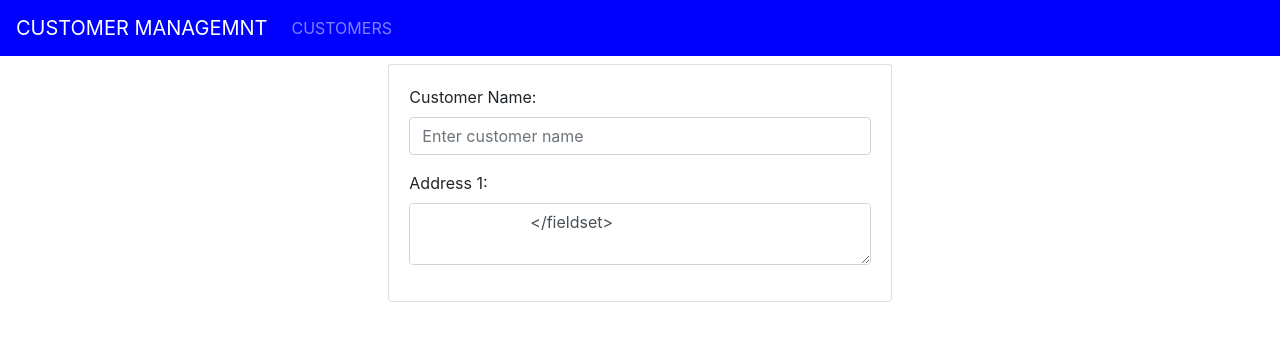
Repository: shruti-2522/webdirekt-assignment
Page: http://localhost/Customer-Project/customer-form.jsp
An editor plug-in stored every save of this project. The page is shown before and after a run of saves, followed by the edit.
The browser window is 1280 px wide. The pictures show the whole page.
The page is served by Tomcat 9. Other server files are loaded and not shown.

Above is the page before, as saved 2021-07-05 10:36:15.

### Customer-Project/src/main/webapp/customer-form.jsp
<%@ page language="java" contentType="text/html; charset=ISO-8859-1"
	pageEncoding="ISO-8859-1"%>
<!DOCTYPE html>
<html>
<head>
<meta charset="ISO-8859-1">
<title>Add Customer</title>
<link rel="stylesheet"
	href="https://cdn.jsdelivr.net/npm/bootstrap@4.5.3/dist/css/bootstrap.min.css"
	integrity="sha384-TX8t27EcRE3e/ihU7zmQxVncDAy5uIKz4rEkgIXeMed4M0jlfIDPvg6uqKI2xXr2"
	crossorigin="anonymous">
</head>
<body>

	<header>
		<nav class="navbar navbar-expand-md navbar-dark"
			style="background-color: blue">
			<div>
				<a class="navbar-brand">CUSTOMER MANAGEMNT</a>
			</div>

			<ul class="navbar-nav">
				<li><a href="<%=request.getContextPath()%>/list"
					class="nav-link">CUSTOMERS</a></li>
			</ul>
		</nav>


	</header>

	<div class="container col-md-5 mt-2">
		<div class="card">
			<div class="card-body">

				<fieldset class="form-group">
					<label>Customer Name:</label> <input type="text"
						class="form-control" placeholder="Enter customer name" name="name"
						required>
				</fieldset>


				<fieldset class="form-group">
					<label>Address 1:</label>
					<textarea class="form-control" name="addr1" placeholder="Enter address here" required />
			</fieldset>



			</div>

		</div>
	</div>




</body>
</html>

After the next 3 saves:
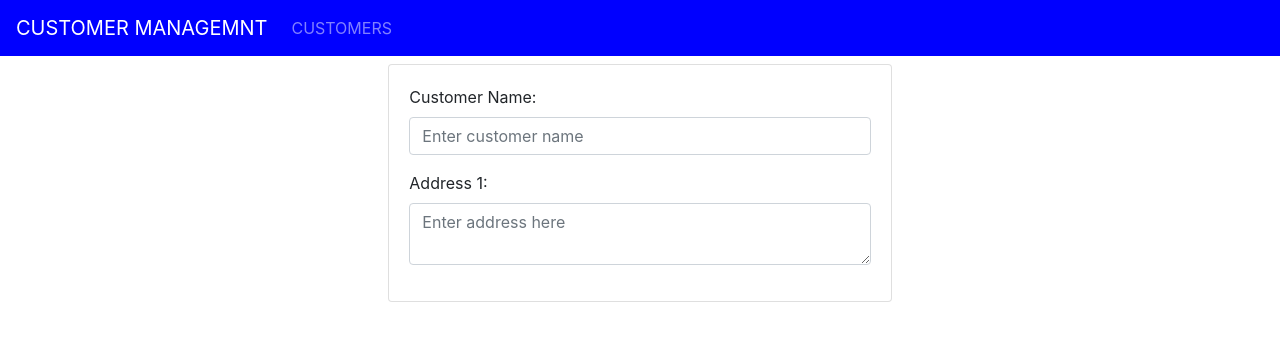
The 3 saves are shown as one change because they came seconds apart.
The last was saved 20 s later.
--- a/Customer-Project/src/main/webapp/customer-form.jsp
+++ b/Customer-Project/src/main/webapp/customer-form.jsp
@@ -41,7 +41,7 @@
 
 				<fieldset class="form-group">
 					<label>Address 1:</label>
-					<textarea class="form-control" name="addr1" placeholder="Enter address here" required />
+					<textarea class="form-control" name="addr1" placeholder="Enter address here" ></textarea>
 			</fieldset>
 
 
